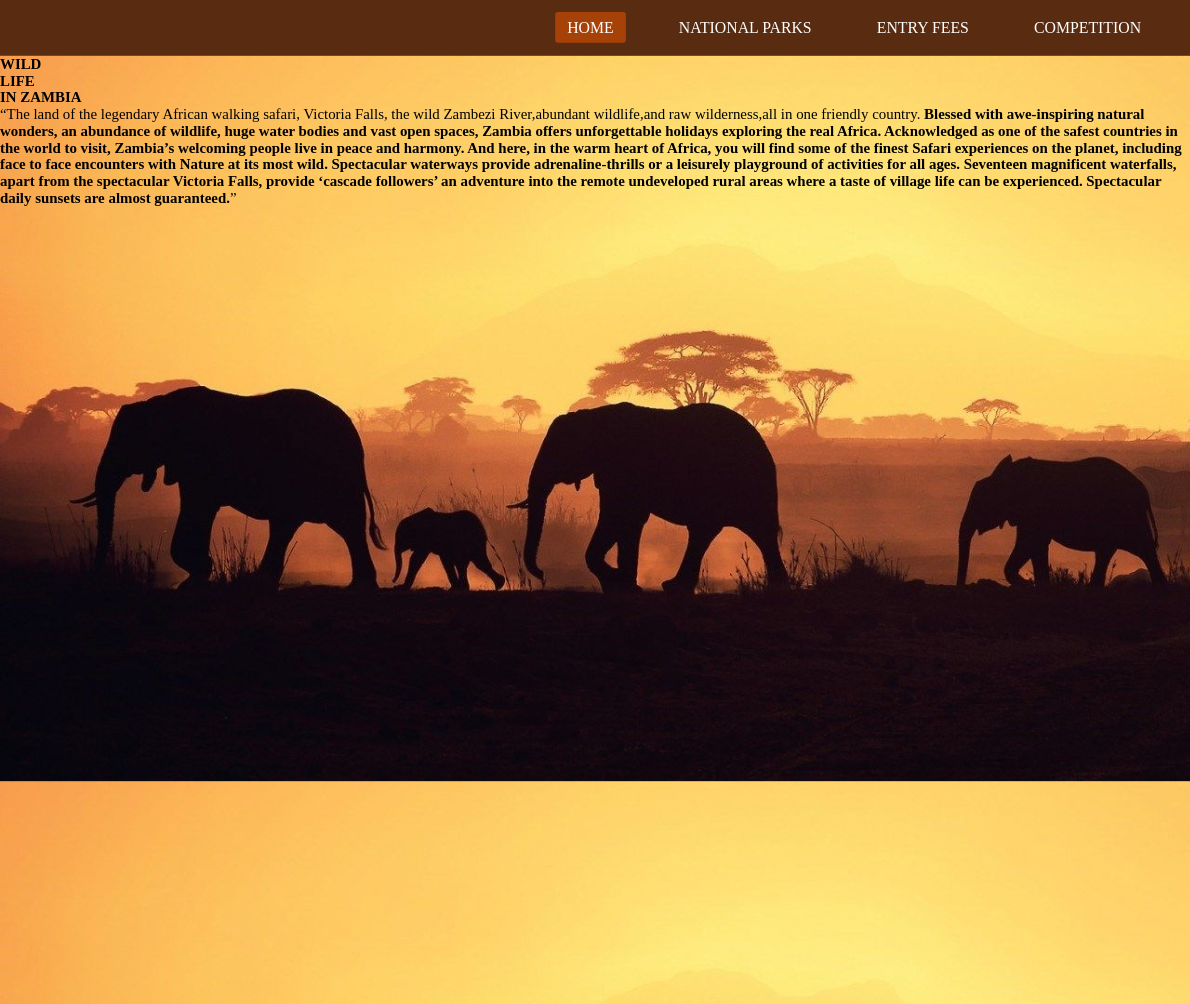
Repository: Lungdjos/web_assignment_3rd_yr
Page: home/index.html
An editor plug-in stored every save of this project. The page is shown before and after the next save, followed by the edit.
The browser window is 1280 px wide. The pictures show the whole page, at 93% of full size.
Some web libraries are served in a nearby version.

Above is the page before, as saved 2021-06-18 15:10:04.

### home/index.html
<!DOCTYPE html>
<html lang="en">

<head>
    <meta charset="UTF-8">
    <meta http-equiv="X-UA-Compatible" content="IE=edge">
    <meta name="viewport" content="width=device-width, initial-scale=1.0">
    <link rel="stylesheet" href="index.css">


    <title>Home</title>
    <script src="https://kit.fontawesome.com/a076d05399.js"></script>
</head>

<body>
    <nav>
        <input type="checkbox" id="check">
        <label for="check" class="checkbtn">
            <i class="fas fa-bars"></i>
        </label>
        <label class="logo">  </label>

        <ul>
            <li><a class="active" href="#">Home</a></li>
            <li><a class="dropdown" href="#">National Parks</a>
                <ul class="drop">
                    <li>
                        <a href="/national parks/lower_zambezi/Lower_Zambezi.html">Lower Zambezi</a>
                    </li>
                    <li>
                        <a href="/national parks/mosi-oa-tunia/Mosi-oa-Tunya.html">Mosi oa Tunia</a>
                    </li>
                    <li>
                        <a href="/national parks/south_luangwa/South_Luangwa.html">South Luangwa</a>
                    </li>
                    <li>
                        <a href="/national parks/north_luangwa/North_Luangwa.html">North Luangwa</a>
                    </li>
                </ul>
            </li>
            <li><a href="/entry fee/entry_fee.html">Entry Fees</a></li>
            <li><a href="/competition/competition.html">Competition</a></li>

        </ul>
    </nav>
    <div>
        <section>
            <div>
                <p class="welcome">
                    <strong id="01">WILD</strong><br>
                    <strong id="02">LIFE</strong><br>
                    <strong id="03">IN ZAMBIA</strong>
                </p>
            </div>
            <div>
                <p>
                    <q>The land of the legendary African walking safari, Victoria Falls, the wild Zambezi River,abundant wildlife,and raw wilderness,all in one friendly country. <b>Blessed with awe-inspiring natural wonders, an abundance of wildlife,
                    huge water bodies and vast open spaces, Zambia offers unforgettable holidays exploring the real Africa. Acknowledged as one of the safest countries in the world to visit, Zambia’s welcoming people live in peace and harmony. And here,
                    in the warm heart of Africa, you will find some of the finest Safari experiences on the planet, including face to face encounters with Nature at its most wild. Spectacular waterways provide adrenaline-thrills or a leisurely playground
                    of activities for all ages. Seventeen magnificent waterfalls, apart from the spectacular Victoria Falls, provide ‘cascade followers’ an adventure into the remote undeveloped rural areas where a taste of village life can be experienced.
                    Spectacular daily sunsets are almost guaranteed.</q></p>
            </div>

        </section>
    </div>


</body>

</html>

### home/index.css
    * {
        padding: 0;
        margin: 0;
        text-decoration: none;
        box-sizing: border-box;
    }

    body {
        font-family: montserrat;
    }

    nav {
        background: #592C12;
        height: 60px;
        width: 100%;
    }

    label.logo {
        color: white;
        font-size: 35;
        line-height: 60px;
        padding: 0 100px;
        font-weight: bold;
    }

    nav ul {
        float: right;
        margin-right: 20px;
    }

    nav ul li {
        display: inline-block;
        line-height: 60px;
        margin: 0 20px;
    }

    nav ul li a {
        color: white;
        font-size: 17px;
        padding: 7px 13px;
        border-radius: 3px;
        text-transform: uppercase;
    }

    a.active,
    a:hover {
        background: #A64208;
        transition: 0.5s;
    }

    .checkbtn {
        font-size: 30px;
        color: white;
        float: right;
        line-height: 60px;
        margin-right: 40px;
        cursor: pointer;
        display: none;
    }

    #check {
        display: none;
    }

    @media (max-width: 1080px) {
        label.logo {
            font-size: 30px;
            padding-left: 50px;
        }
        nav ul li a {
            font-size: 16px;
        }
    }

    @media (max-width: 1080px) {
        .checkbtn {
            display: block;
        }
        ul {
            position: fixed;
            width: 100%;
            height: 100vh;
            background: #592C12;
            top: 80px;
            left: -100%;
            text-align: center;
            transition: all 0.5s;
        }
        nav ul li {
            display: block;
            margin: 50px 0;
            line-height: 20px;
        }
        nav ul li a {
            font-size: 20px;
            font-family: Arial, Helvetica, sans-serif;
        }
        a:hover,
        a.active {
            background: none;
            color: #F2D1B3;
        }
        #check:checked~ul {
            left: 0;
        }
    }

    section {
        background: url(/assets/images/elephants.jpg);
        background-size: no repeat;
        height: calc(150vh - 60px);
    }
    /**New Content Added*/

    nav ul li ul a {
        display: block;
        padding: 0 15px;
        color: white;
        text-decoration: none;
    }

    nav ul li:hover>ul {
        display: block;
    }

    nav ul ul {
        position: absolute;
        top: 30px;
        list-style-type: none;
        line-height: 60px;
    }

    nav ul ul li {
        display: none;
    }

    nav ul ul a {
        width: 100%;
        float: none;
        display: list-item;
        position: relative;
    }

    nav ul ul li a {
        display: list-item;
        list-style-type: none;
        position: inherit;
    }
    /**Wild Life Formatting*/

    strong#01 {
        font-size: 100px;
        font-family: Arial, Helvetica, sans-serif;
    }

    strong#02 {
        margin-left: 100px;
    }

After the next save:
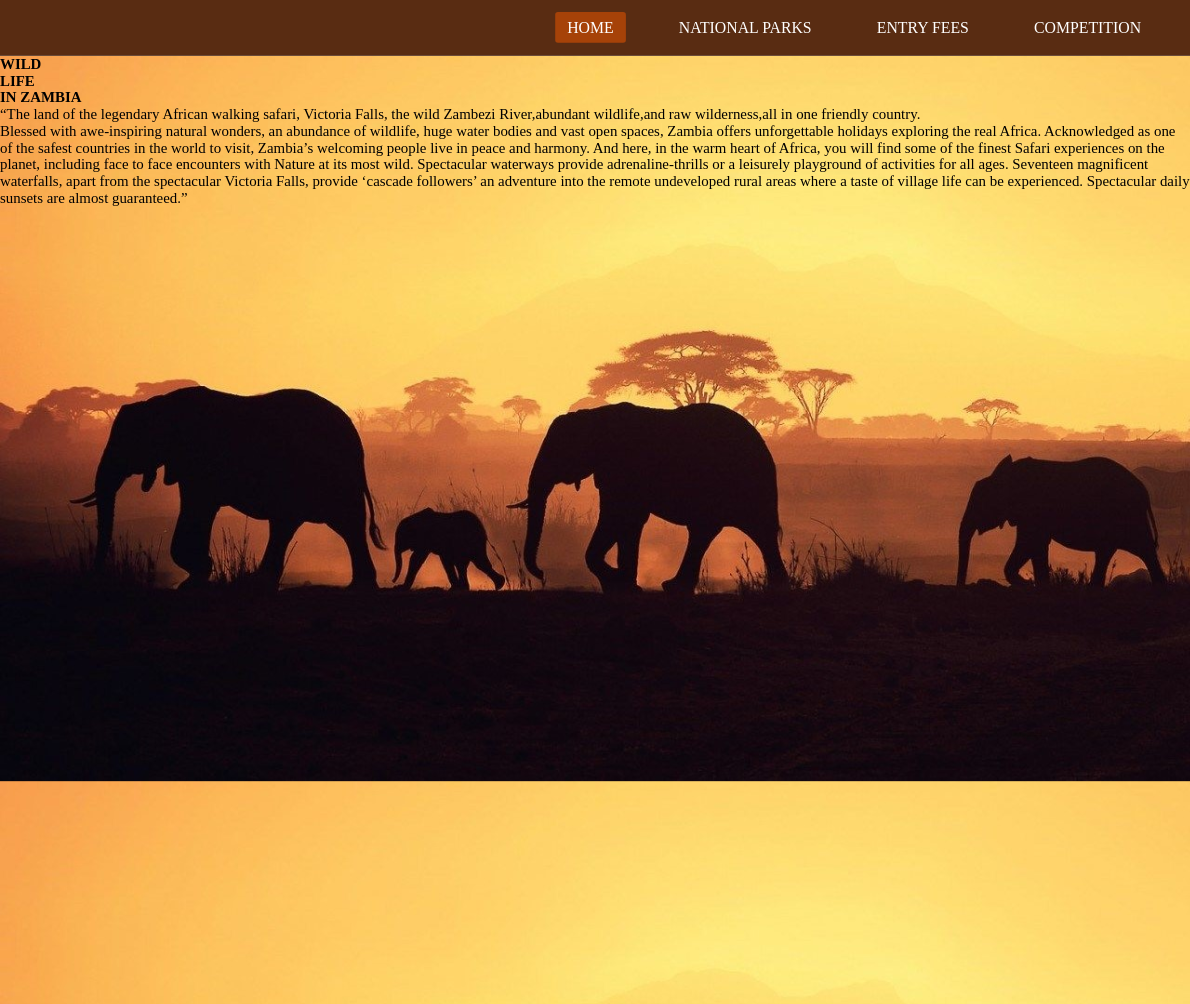
Saved 4 s later.
--- a/home/index.html
+++ b/home/index.html
@@ -54,7 +54,7 @@
             </div>
             <div>
                 <p>
-                    <q>The land of the legendary African walking safari, Victoria Falls, the wild Zambezi River,abundant wildlife,and raw wilderness,all in one friendly country. <b>Blessed with awe-inspiring natural wonders, an abundance of wildlife,
+                    <q>The land of the legendary African walking safari, Victoria Falls, the wild Zambezi River,abundant wildlife,and raw wilderness,all in one friendly country. <br>Blessed with awe-inspiring natural wonders, an abundance of wildlife,
                     huge water bodies and vast open spaces, Zambia offers unforgettable holidays exploring the real Africa. Acknowledged as one of the safest countries in the world to visit, Zambia’s welcoming people live in peace and harmony. And here,
                     in the warm heart of Africa, you will find some of the finest Safari experiences on the planet, including face to face encounters with Nature at its most wild. Spectacular waterways provide adrenaline-thrills or a leisurely playground
                     of activities for all ages. Seventeen magnificent waterfalls, apart from the spectacular Victoria Falls, provide ‘cascade followers’ an adventure into the remote undeveloped rural areas where a taste of village life can be experienced.
